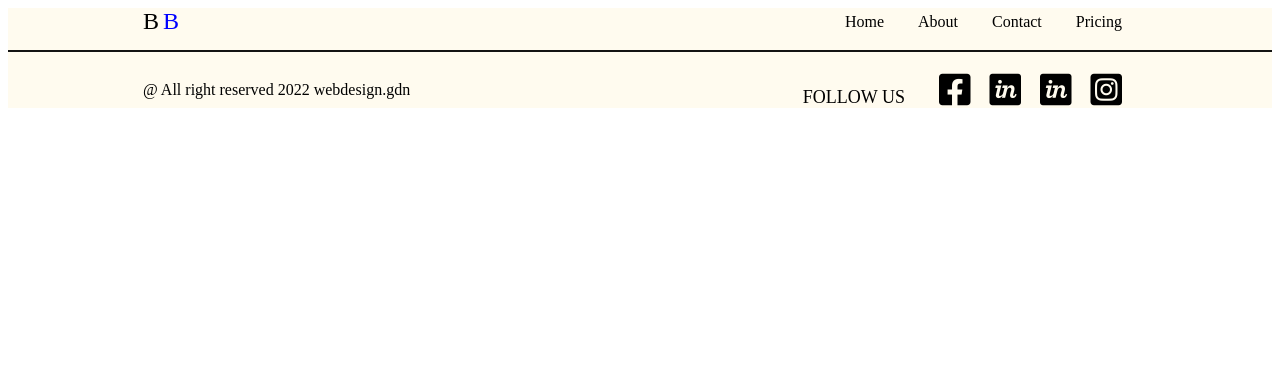
Repository: ngocphuocha/4lifeteam-marketing-agency
Page: index.html
An editor plug-in stored every save of this project. The page is shown before and after the next save, followed by the edit.
The browser window is 1280 px wide. The pictures show the whole page.

Above is the page before, as saved 2023-03-13 17:19:57.

After the next save:
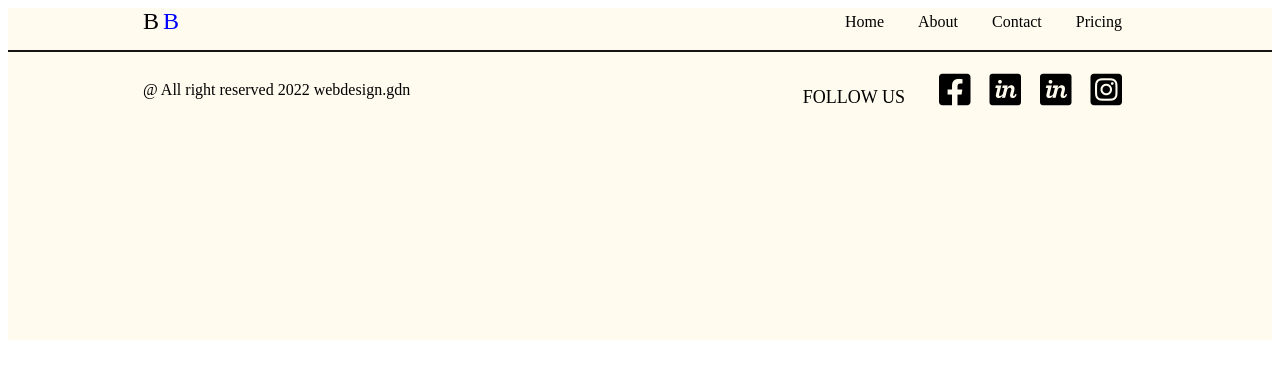
Saved 5 s later.
--- a/css/footer-service.css
+++ b/css/footer-service.css
@@ -1,7 +1,7 @@
 /*Nguyen Thanh*/
   .background-footer{
     background: #FFFBEF;
-    padding: 0px 0px;
+    padding: 0px 0px 232px;
   }
 
   .background-footer .container{

After the save that followed:
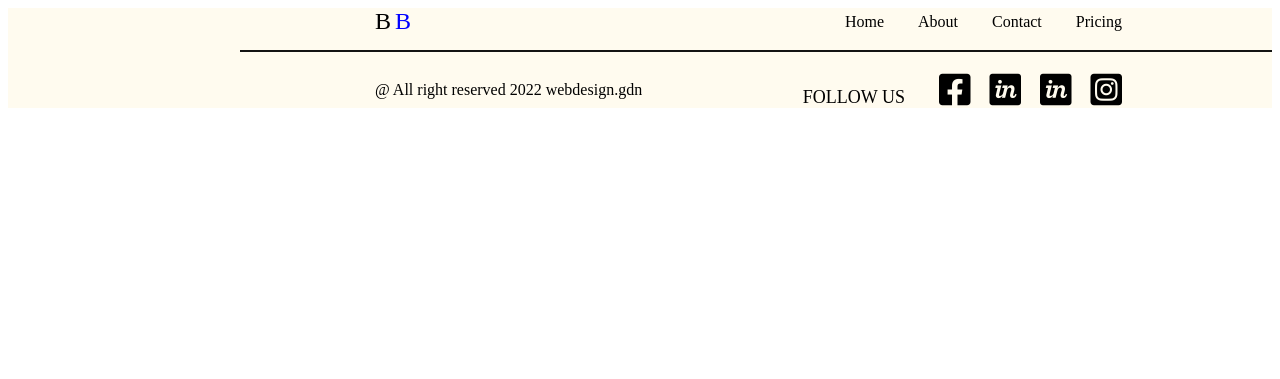
Saved 7 s later.
--- a/css/footer-service.css
+++ b/css/footer-service.css
@@ -1,7 +1,7 @@
 /*Nguyen Thanh*/
   .background-footer{
     background: #FFFBEF;
-    padding: 0px 0px 232px;
+    padding: 0px 0px 0px 232px;
   }
 
   .background-footer .container{
